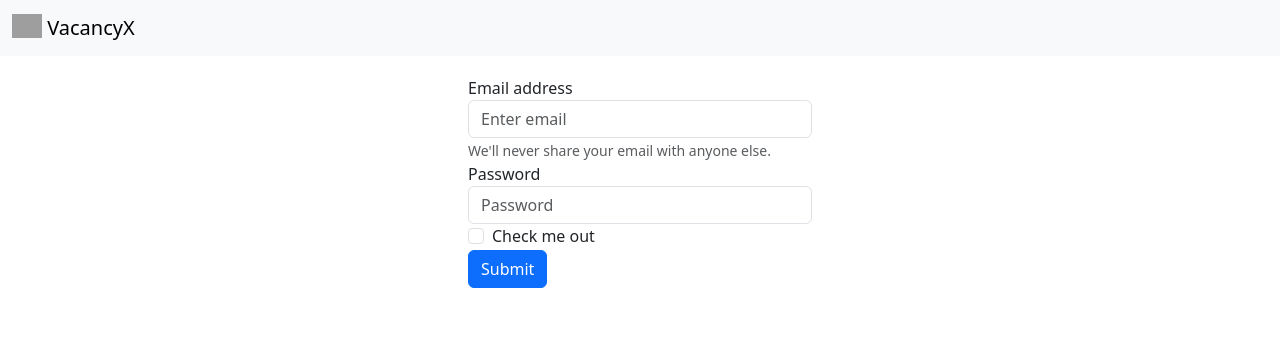
Repository: zipArk99/Vacancy-portal-serv
Page: http://localhost/VacancyPortal/
These files come from the project's save history. The page is drawn as it stood at one moment and after the next save; the edit follows.
The browser window is 1280 px wide. The pictures show the whole page.
Pictures or frames that could not be fetched are drawn as grey boxes. The page is served by Tomcat 9. Other server files are loaded and not shown.

Above is the page before, as saved 2024-08-14 10:12:54.

### VacancyPortal/src/main/webapp/index.jsp
<%@ page language="java" contentType="text/html; charset=UTF-8"
	pageEncoding="UTF-8"%>
<%@ taglib prefix="c" uri="http://java.sun.com/jsp/jstl/core"%>
<%@ page isELIgnored="false" %>
<!DOCTYPE html>
<html>
<head>
 <meta charset="utf-8">
    <meta name="viewport" content="width=device-width, initial-scale=1">
    <title>SOAP Registration</title>
    <link href="https://cdn.jsdelivr.net/npm/bootstrap@5.3.3/dist/css/bootstrap.min.css" rel="stylesheet" integrity="sha384-QWTKZyjpPEjISv5WaRU9OFeRpok6YctnYmDr5pNlyT2bRjXh0JMhjY6hW+ALEwIH" crossorigin="anonymous">
</head>
<body>
<%@ include file="header.jsp" %>

<div style="width:30%; margin: auto; background-color:lightorange; padding:20px;">
<form action="#" method="POST">

  <div class="form-group">
    <label for="exampleInputEmail1">Email address</label>
    <input type="email" name="email" class="form-control" id="exampleInputEmail1" aria-describedby="emailHelp" placeholder="Enter email">
    <small id="emailHelp" class="form-text text-muted">We'll never share your email with anyone else.</small>
  </div>
  <div class="form-group">
    <label for="exampleInputPassword1">Password</label>
    <input name="password" type="password" class="form-control" id="exampleInputPassword1" placeholder="Password">
  </div>
  <div class="form-group form-check">
    <input type="checkbox" class="form-check-input" id="exampleCheck1" name="check">
    <label class="form-check-label" for="exampleCheck1">Check me out</label>
  </div>
  <button type="submit" class="btn btn-primary">Submit</button>
</form>
</div>
</body>
</html>

### VacancyPortal/src/main/webapp/header.jsp
<%@ page language="java" contentType="text/html; charset=UTF-8"
    pageEncoding="UTF-8"%>
<!DOCTYPE html>
<html>
  <head>
    <meta charset="utf-8">
    <meta name="viewport" content="width=device-width, initial-scale=1">
    <title>Bootstrap demo</title>
    <link href="https://cdn.jsdelivr.net/npm/bootstrap@5.3.3/dist/css/bootstrap.min.css" rel="stylesheet" integrity="sha384-QWTKZyjpPEjISv5WaRU9OFeRpok6YctnYmDr5pNlyT2bRjXh0JMhjY6hW+ALEwIH" crossorigin="anonymous">
  </head>
<body>

<nav class="navbar navbar-light bg-light">
  <div class="container-fluid">
    <a class="navbar-brand" href="#">
      <img src="/docs/5.0/assets/brand/bootstrap-logo.svg" alt="" width="30" height="24" class="d-inline-block align-text-top">
      VacancyX
    </a>
  </div>
</nav>
</body>
</html>

After the next save:
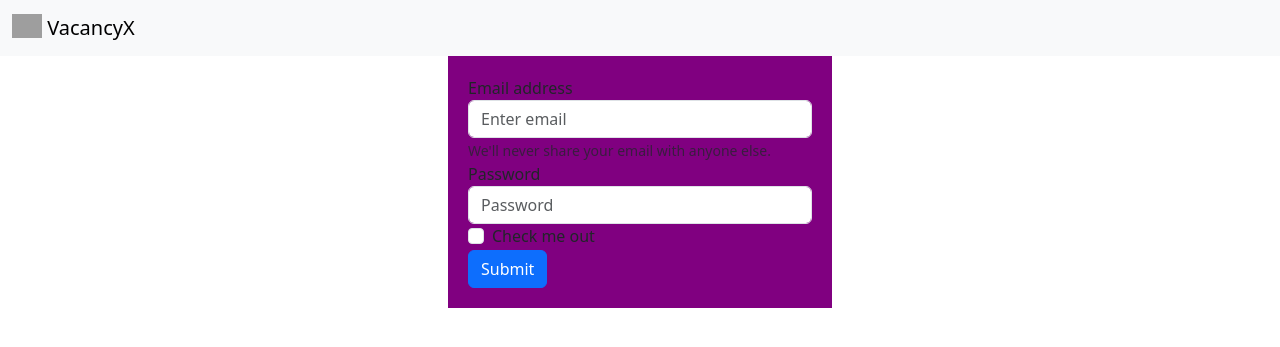
Saved 8 s later.
--- a/VacancyPortal/src/main/webapp/index.jsp
+++ b/VacancyPortal/src/main/webapp/index.jsp
@@ -13,7 +13,7 @@
 <body>
 <%@ include file="header.jsp" %>
 
-<div style="width:30%; margin: auto; background-color:lightorange; padding:20px;">
+<div style="width:30%; margin: auto; background-color:purple; padding:20px;">
 <form action="#" method="POST">
 
   <div class="form-group">
